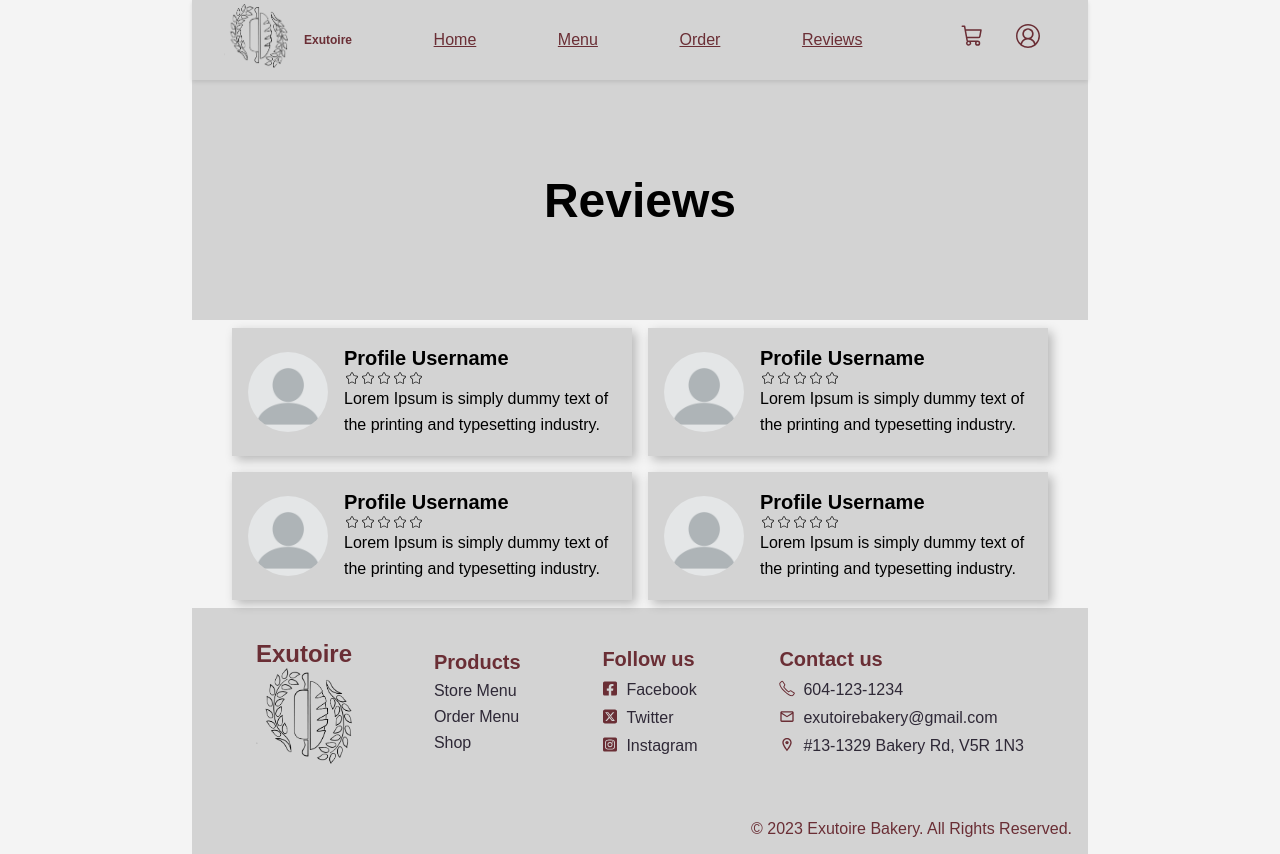
Repository: MelissaJacobi/COMP3170-final-proj
Page: /Reviews
The author's editor kept a copy of each file at every save. The page is drawn from the files as they stood at one save, then again after the next save.
The browser window is 1280 px wide. The pictures show the whole page.
The project was rebuilt for these pictures with package versions that can differ from the ones it lists, and the page was loaded fresh each time. Also part of the build but not shown: vite.config.js, src/pages/ShoppingCart.module.css, src/components/ShoppingCartCard.module.css, src/components/ShoppingCartCard.jsx, src/components/OrderTotal.jsx, src/pages/ShoppingCart.jsx, src/pages/Profile.module.css, src/pages/Profile.jsx and 32 more.

Above is the page before, as saved 2024-10-19 19:18:18.

After the next save:
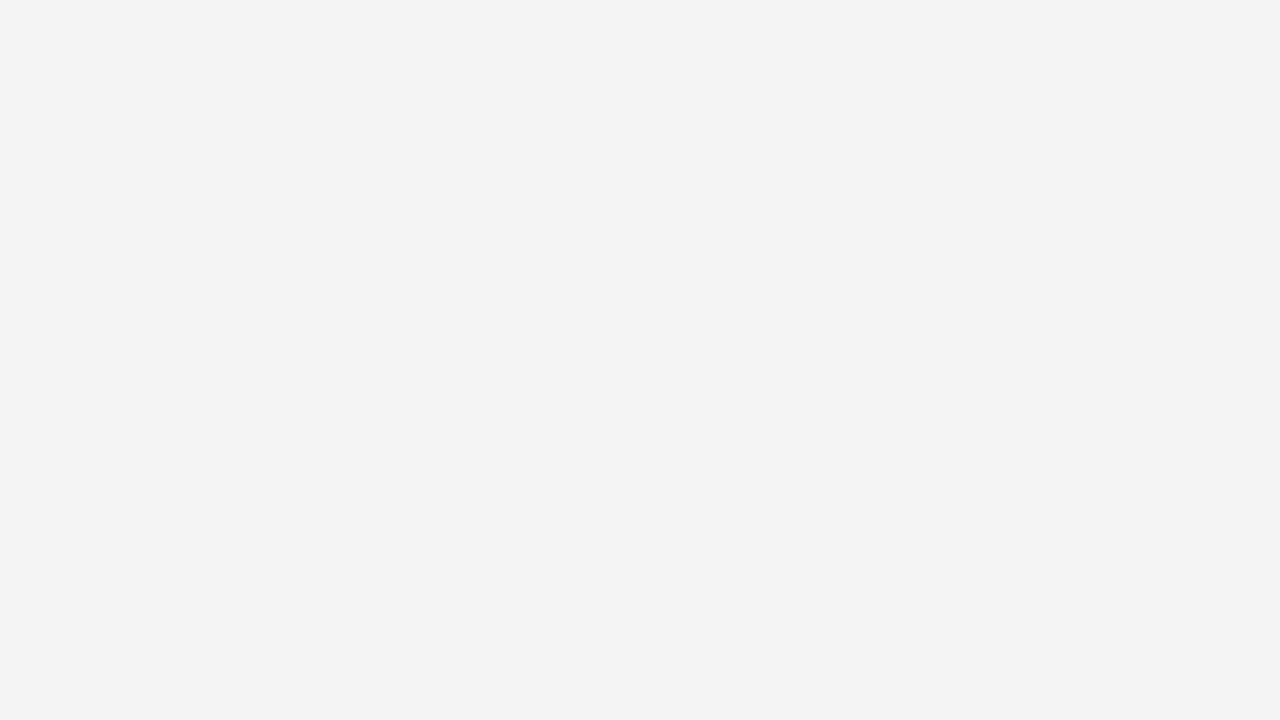
Console error: ReferenceError: CiStar is not defined
Saved 11 min 57 s later.
--- a/src/components/Review.jsx
+++ b/src/components/Review.jsx
@@ -1,6 +1,6 @@
 import styles from "./Review.module.css"
 import profile from "../assets/images/profile.webp";
-import { CiStar } from "react-icons/ci";
+import { FaStar } from "react-icons/fa";
 
 export default function Review() {
     return (

After the save that followed:
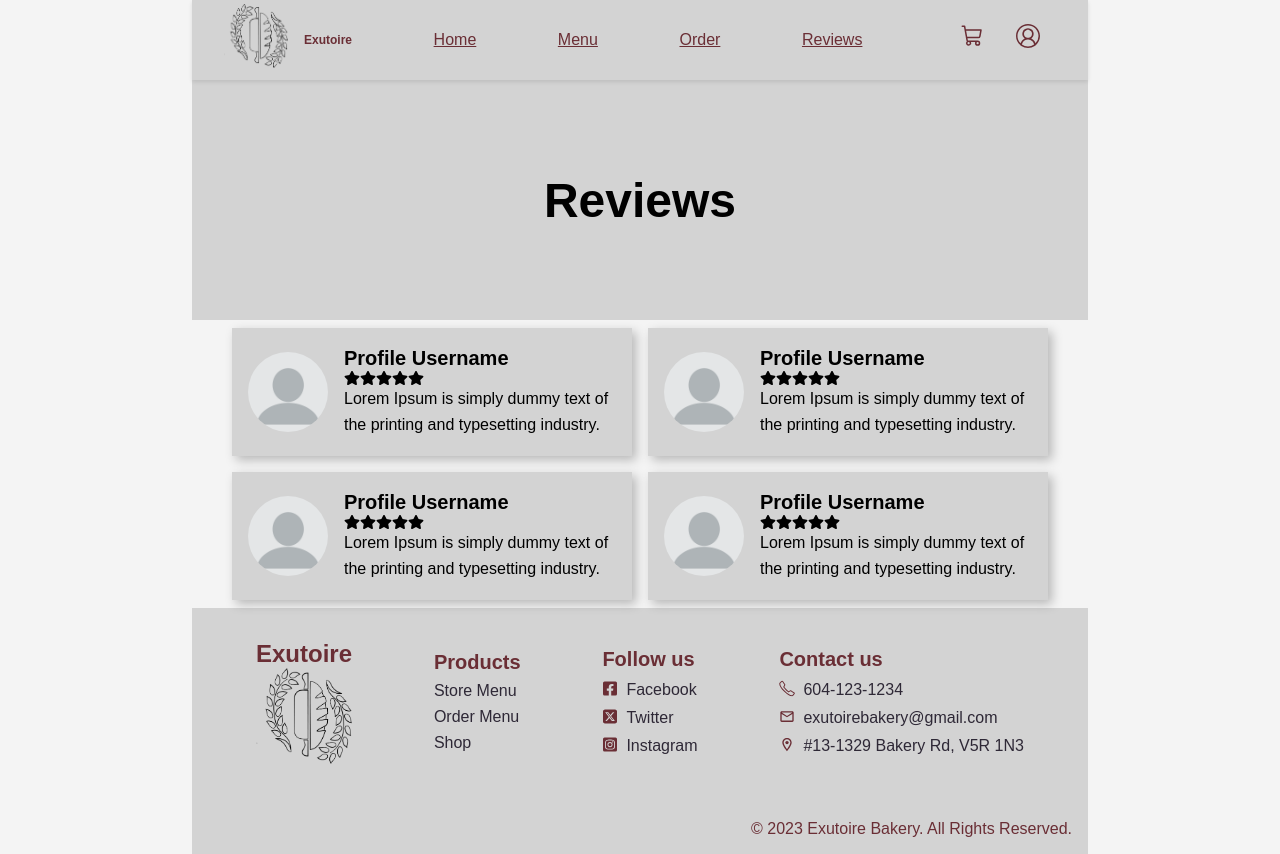
The error is gone.
Saved 28 s later.
--- a/src/components/Review.jsx
+++ b/src/components/Review.jsx
@@ -9,11 +9,11 @@ export default function Review() {
         <div>
             <p className={styles.username}>Profile Username</p>
             <div className={styles.rating}>
-                <CiStar />
-                <CiStar />
-                <CiStar />
-                <CiStar />
-                <CiStar />
+                <FaStar />
+                <FaStar />
+                <FaStar />
+                <FaStar />
+                <FaStar />
             </div>
             <p>Lorem Ipsum is simply dummy text of the printing and typesetting industry.</p>
         </div>
